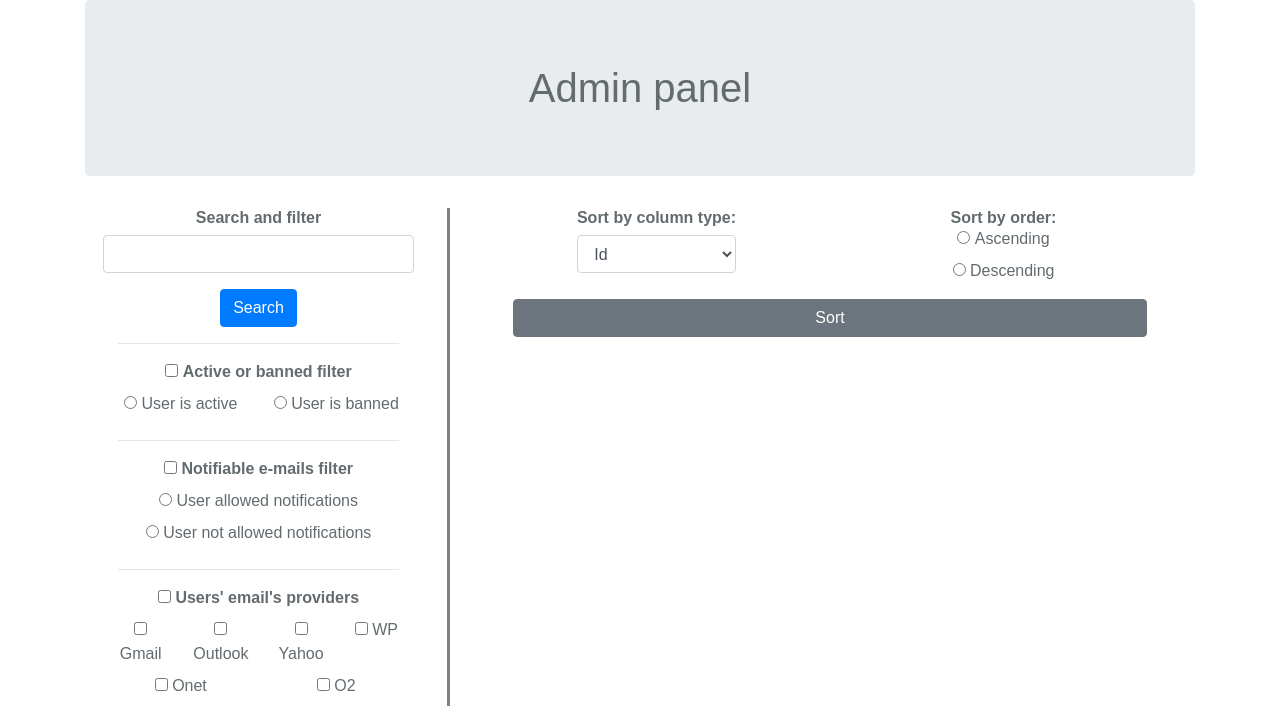
Repository: WOLVGVNG/gameclan
Page: resources/views/admin_panel.blade.php
The author's editor kept a copy of each file at every save. The page is drawn from the files as they stood at one save, then again after the next save.
The browser window is 1280 px wide. The pictures show the whole page.
The page is served by the project's Laravel application, run on PHP 8.4 with Laravel 8. Other server files are loaded and not shown. The template is opened directly, without the code that normally fills it, so the values that code supplies are empty.

Above is the page before, as saved 2019-03-20 21:08:01.

### routes/web.php
<?php

/*
|--------------------------------------------------------------------------
| Web Routes
|--------------------------------------------------------------------------
|
| Here is where you can register web routes for your application. These
| routes are loaded by the RouteServiceProvider within a group which
| contains the "web" middleware group. Now create something great!
|
*/

Route::get('/', 'AdminPanelController@index');

### resources/views/admin_panel.blade.php
@extends('layout.app')
@section('content')
<div class='container text-center'>
    <h1 class='jumbotron'>Admin panel</h1>
    <form action='/' method='GET'>
        <div class='row'>
            <div class='col-md-4 px-4 px-md-5' style='border-right: 3px solid gray'>
                <!-----------------------------SZUKANIE---------------------------->
                <div class='row'>
                    <h6 class='font-weight-bold mx-auto'>Search and filter</h6>
                    <input type='text' class='form-control' name='search' value='{{ session('search') }}'>
                </div>
                <div class='row'>
                    <button type='submit' class='btn btn-primary mt-3 mx-auto'>Search</button>
                </div>
                <hr>

                <!-----------------------------FILTROWANIE---------------------------->
                <input type='checkbox' name='filter_active_switch' id='active_switch' value=true @if(session('filter_active_switch')==true) echo checked @endif>
                <label for='active_switch' class='font-weight-bold text-center'>Active or banned filter</label>
                <div class='row'>
                    <div class='col'>
                        <input type='radio' name='filter_active' id='active' value='active' @if(session('filter_active')=='active') echo checked @endif>
                        <label for='active'>User is active</label>
                    </div>
                    <div class='col'>
                        <input type='radio' name='filter_active' id='banned' value='banned' @if(session('filter_active  ')=='banned') echo checked @endif>
                        <label for='banned'>User is banned</label>
                    </div>
                </div>

                <hr>

                <input type='checkbox' name='filter_notifiable_email_switch' id='notifiable_email_switch' value=true @if(session('filter_notifiable_email_switch')==true) echo checked @endif>
                <label for='notifiable_email_switch' class='font-weight-bold text-center'>Notifiable e-mails filter</label>
                <div class='row'>
                    <div class='col mx-auto'>
                        <div class='col-12'>
                            <input type='radio' name='filter_notifiable_email' id='notifiable_email_yes' value='true' @if(session('filter_notifiable_email')=='true') echo checked @endif>
                            <label for='notifiable_email_yes'>User allowed notifications</label>
                        </div>
                        <div class='col-12'>
                            <input type='radio' name='filter_notifiable_email' id='notifiable_email_no' value='false' @if(session('filter_notifiable_email')=='false') echo checked @endif>
                            <label for='notifiable_email_no'>User not allowed notifications</label>
                        </div>
                    </div>
                </div>

                <hr>

                <input type='checkbox' name='filter_email_switch' id='email_switch' value=true @if(session('filter_email_switch')==true) echo checked @endif>
                <label for='email_switch' class='font-weight-bold text-center'>Users' email's providers</label>
                <div class='row'>
                    <div class='col'>
                        <input type='checkbox' name='filter_email[]' id='gmail' value='gmail'>
                        <label for='gmail'>Gmail</label>
                    </div>
                    <div class='col'>
                        <input type='checkbox' name='filter_email[]' id='outlook' value='outlook'>
                        <label for='outlook'>Outlook</label>
                    </div>
                    <div class='col'>
                        <input type='checkbox' name='filter_email[]' id='yahoo' value='yahoo'>
                        <label for='yahoo'>Yahoo</label>
                    </div>
                    <div class='col'>
                        <input type='checkbox' name='filter_email[]' id='wp' value='wp'>
                        <label for='wp'>WP</label>
                    </div>
                    <div class='col'>
                        <input type='checkbox' name='filter_email[]' id='onet' value='onet'>
                        <label for='onet'>Onet</label>
                    </div>
                    <div class='col'>
                        <input type='checkbox' name='filter_email[]' id='o2' value='o2'>
                        <label for='o2'>O2</label>
                    </div>
                </div>
            </div>

            <div class='col-md-8 px-4 px-md-5'>
                <!-----------------------------SORTOWANIE---------------------------->
                <div class='row'>
                    <div class='col-sm-6'>
                        <h6 class='font-weight-bold mt-4 mt-md-0'>Sort by column type:</h6>
                        <select class='form-control w-50 mx-auto' name='sort_type' value='{{ session('sort_type') }}'>
                            {{--<option>{{ session('sort_type') }}</option>--}}
                            <option value='id' @if(session('sort_type') == 'id') echo selected @endif>Id</option>
                            <option value='user_name' @if(session('sort_type') == 'user_name') echo selected @endif>User name</option>
                            <option value='email' @if(session('sort_type') == 'email') echo selected @endif>E-mail</option>
                            <option value='notifiable_email' @if(session('sort_type') == 'notifiable_email') echo selected @endif>Notifiable email</option>
                            <option value='email_verified_at' @if(session('sort_type') == 'email_verified_at') echo selected @endif>Email verification date</option>
                            <option value='points' @if(session('sort_type') == 'points') echo selected @endif>Points</option>
                            <option value='steam_id' @if(session('sort_type') == 'steam_id') echo selected @endif>Steam id</option>
                            <option value='facebook_id' @if(session('sort_type') == 'facebook_id') echo selected @endif>Facebook id</option>
                            <option value='google_id' @if(session('sort_type') == 'google_id') echo selected @endif>google id</option>
                            <option value='geo' @if(session('sort_type') == 'geo') echo selected @endif>Country</option>
                            <option value='lang' @if(session('sort_type') == 'lang') echo selected @endif>Language</option>
                            <option value='ref' @if(session('sort_type') == 'ref') echo selected @endif>Ref</option>
                            <option value='ref_status' @if(session('sort_type') == 'ref_status') echo selected @endif>Ref status</option>
                            <option value='ref_code' @if(session('sort_type') == 'ref_code') echo selected @endif>Ref code</option>
                            <option value='deleted_at' @if(session('sort_type') == 'deleted_at') echo selected @endif>The date of removal</option>
                            <option value='created_at' @if(session('sort_type') == 'created_at') echo selected @endif>Creation date</option>
                            <option value='updated_at' @if(session('sort_type') == 'updated_at') echo selected @endif>Update date</option>
                        </select>
                    </div>
                    <div class='col-sm-6'>
                        <h6 class='font-weight-bold my-4 my-md-0'>Sort by order:</h6>
                        <input type='radio' name='sort_order' value='asc' id='asc'
                                @if(session('sort_order') == 'asc') echo checked @endif>
                        <label for='asc'>Ascending</label>
                        <br>
                        <input type='radio' name='sort_order' value='desc' id='desc'
                                @if(session('sort_order') == 'desc') echo checked @endif>
                        <label for='desc'>Descending</label>
                    </div>
                </div>
                <div class='col mt-2 mb-5'>
                    <button type='submit' class='btn btn-block btn-secondary'>Sort</button>
                </div>
            </form>

            <!-----------------------------WYŚWIETLANIE---------------------------->
            @foreach($users as $user)
                <div class='row mb-5 user-part-div'>
                    <div class='user-part-div col'>
                        <p class='font-weight-bold'>id</p>
                        <p>{{$user->id}}</p>
                    </div>
                    <div class='user-part-div col'>
                        <p class='font-weight-bold'>user_name</p>
                        <p>{{$user->user_name}}</p>
                    </div>
                    <div class='user-part-div col'>
                        <p class='font-weight-bold'>email</p>
                        <p>{{$user->email}}</p>
                    </div>
                    @if(isset($user->email_verified_at))
                        <div class='user-part-div col'>
                            <p class='font-weight-bold'>email_verified_at</p>
                            <p>{{$user->email_verified_at}}</p>
                        </div>
                    @endif
                    @if(isset($user->email_verified_at))
                        <div class='user-part-div col'>
                            <p class='font-weight-bold'>remember_token</p>
                            <p>{{$user->remember_token}}</p>
                        </div>
                    @endif
                    <div class='user-part-div col'>
                        <p class='font-weight-bold'>avatar</p>
                        <p>{{$user->avatar}}</p>
                    </div>
                    <div class='user-part-div col'>
                        <p class='font-weight-bold'>points</p>
                        <p>{{$user->points}}</p>
                    </div>
                    @if(isset($user->steam_id))
                        <div class='user-part-div col'>
                            <p class='font-weight-bold'>steam_id</p>
                            <p>{{$user->steam_id}}</p>
                        </div>
                    @endif
                    @if(isset($user->facebook_id))
                        <div class='user-part-div col'>
                            <p class='font-weight-bold'>facebook_id</p>
                            <p>{{$user->facebook_id}}</p>
                        </div>
                    @endif
                    @if(isset($user->google_id))
                        <div class='user-part-div col'>
                            <p class='font-weight-bold'>google_id</p>
                            <p>{{$user->google_id}}</p>
                        </div>
                    @endif
                    <div class='user-part-div col'>
                        <p class='font-weight-bold'>geo</p>
                        <p>{{$user->geo}}</p>
                    </div>
                    <div class='user-part-div col'>
                        <p class='font-weight-bold'>lang</p>
                        <p>{{$user->lang}}</p>
                    </div>
                    @if(isset($user->ref))
                        <div class='user-part-div col'>
                            <p class='font-weight-bold'>ref</p>
                            <p>{{$user->ref}}</p>
                        </div>
                    @endif
                    @if(isset($user->ref_status))
                        <div class='user-part-div col'>
                            <p class='font-weight-bold'>ref_status</p>
                            <p>{{$user->ref_status}}</p>
                        </div>
                    @endif
                    <div class='user-part-div col'>
                        <p class='font-weight-bold'>ref_code</p>
                        <p>{{$user->ref_code}}</p>
                    </div>
                    @if(isset($user->deleted_at))
                        <div class='user-part-div col'>
                            <p class='font-weight-bold'>deleted_at</p>
                            <p>{{$user->deleted_at}}</p>
                        </div>
                    @endif
                    <div class='user-part-div col'>
                        <p class='font-weight-bold'>created_at</p>
                        <p>{{$user->created_at}}</p>
                    </div>
                    @if(isset($user->updated_at))
                        <div class='user-part-div col'>
                            <p class='font-weight-bold'>updated_at</p>
                            <p>{{$user->updated_at}}</p>
                        </div>
                    @endif
                </div>
            @endforeach
        </div>
    </div>

    <!-----------------------------PAGINACJA---------------------------->
    <div class='row'>
        <div class='mx-auto'>
            {{ $users->links() }}
        </div>
    </div>
</div>
@endsection

### resources/views/layout/app.blade.php
<!doctype html>
<html lang="{{ str_replace('_', '-', app()->getLocale()) }}">
    <head>
        <meta charset="utf-8">
        <meta name="viewport" content="width=device-width, initial-scale=1">

        <title>Laravel</title>

        <link rel="stylesheet" href="https://stackpath.bootstrapcdn.com/bootstrap/4.3.1/css/bootstrap.min.css" integrity="sha384-ggOyR0iXCbMQv3Xipma34MD+dH/1fQ784/j6cY/iJTQUOhcWr7x9JvoRxT2MZw1T" crossorigin="anonymous">

        <style>
            html, body {
                background-color: #fff;
                color: #636b6f;
                font-family: 'Nunito', sans-serif;
                font-weight: 200;
                height: 100vh;
                margin: 0;
            }

            .user-part-div {
                border: 2px solid gray;
            }
        </style>
    </head>
    <body>
        @yield('content')

    </body>
</html>

After the next save:
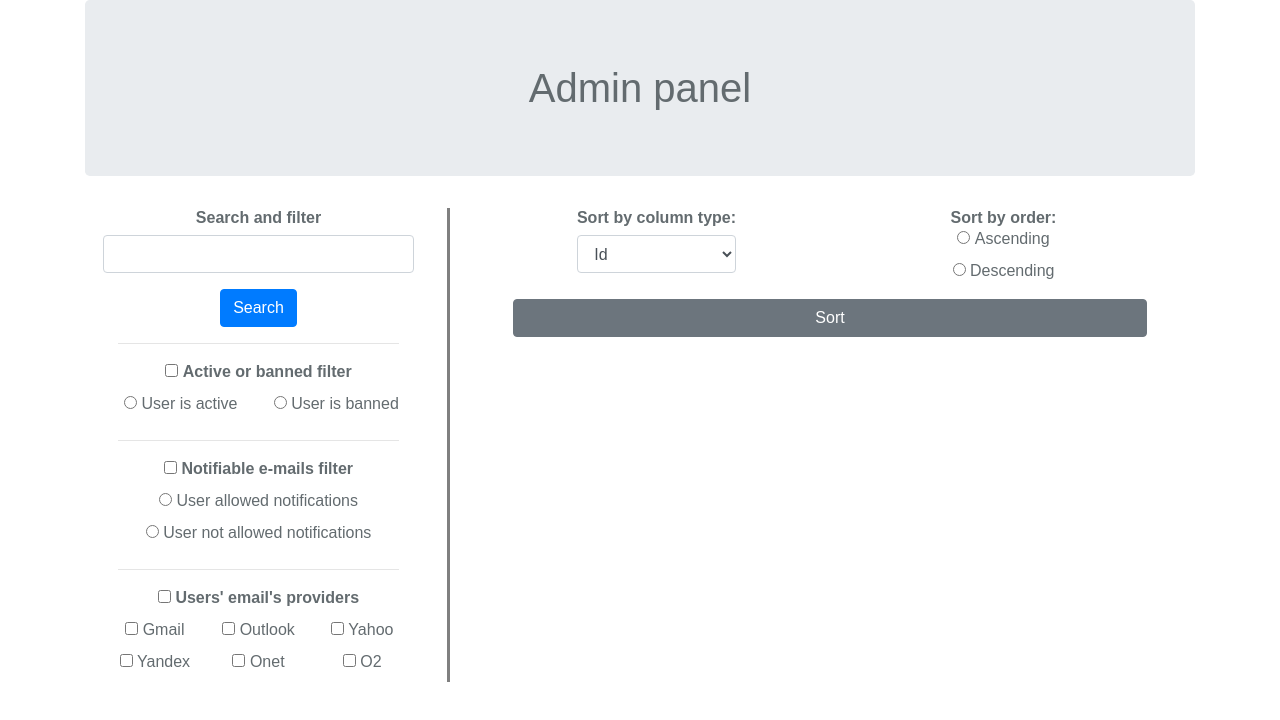
Saved 37 s later.
--- a/resources/views/admin_panel.blade.php
+++ b/resources/views/admin_panel.blade.php
@@ -64,8 +64,8 @@
                         <label for='yahoo'>Yahoo</label>
                     </div>
                     <div class='col'>
-                        <input type='checkbox' name='filter_email[]' id='wp' value='wp'>
-                        <label for='wp'>WP</label>
+                        <input type='checkbox' name='filter_email[]' id='yandex' value='yandex'>
+                        <label for='yandex'>Yandex</label>
                     </div>
                     <div class='col'>
                         <input type='checkbox' name='filter_email[]' id='onet' value='onet'>
